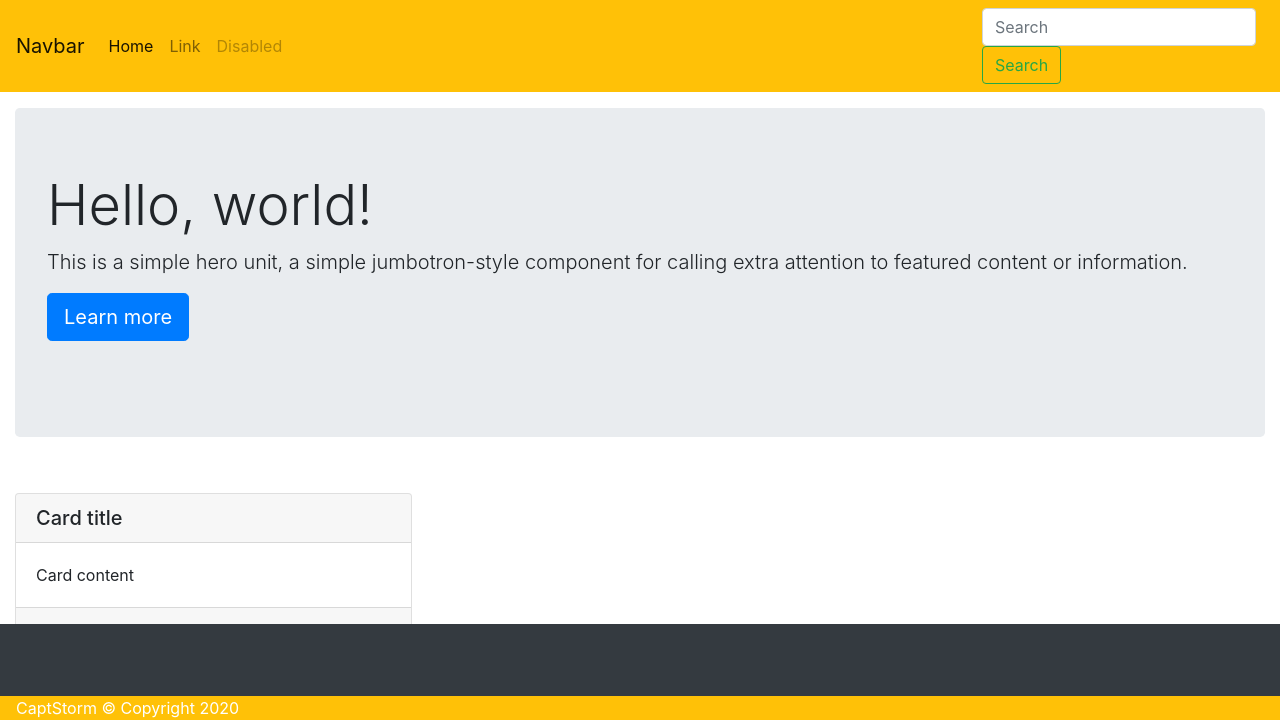
Repository: CaptainStorm21/complete-react16-bootstrap-passing-props
Page: /
The author's editor kept a copy of each file at every save. The page is drawn from the files as they stood at one save, then again after the next save.
The browser window is 1280 px wide. The pictures show the whole page.
The project was rebuilt for these pictures with package versions that can differ from the ones it lists, and the page was loaded fresh each time.

Above is the page before, as saved 2020-04-23 14:43:59.

After the next save:
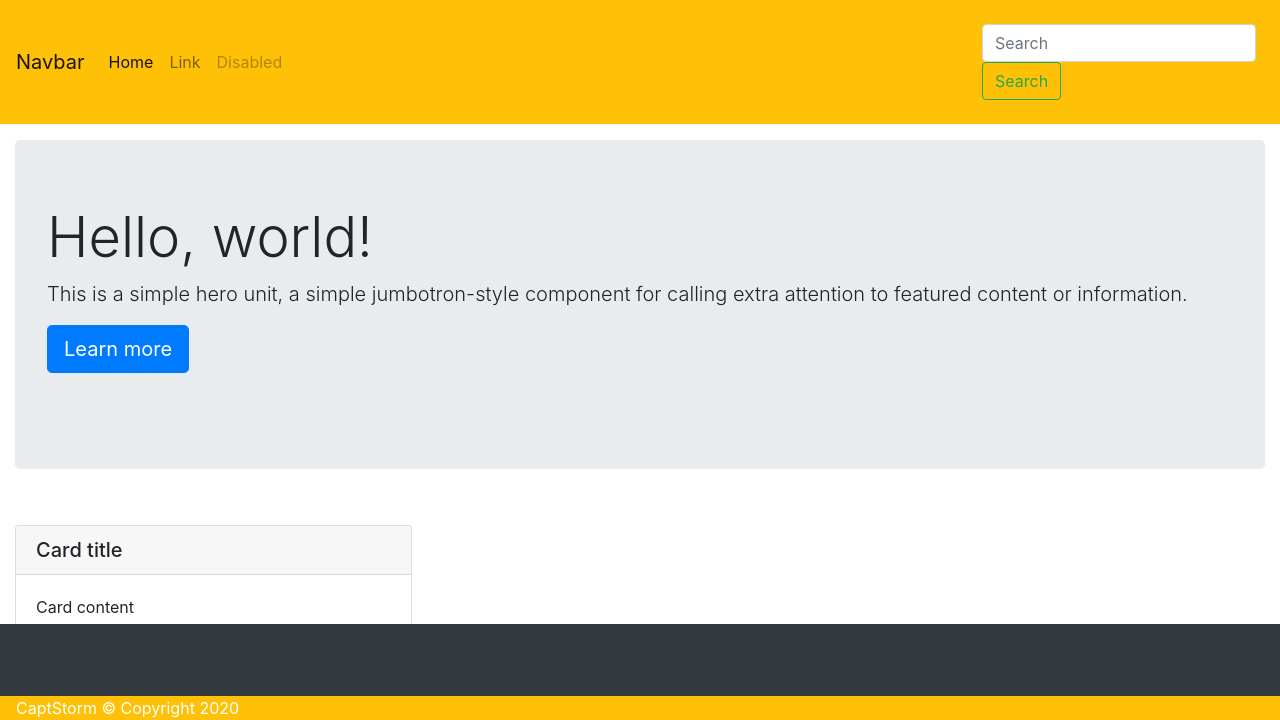
Saved 6 s later.
--- a/src/components/layout/Navbar.js
+++ b/src/components/layout/Navbar.js
@@ -21,7 +21,7 @@
         <a className="nav-link disabled" href="#" tabindex="-1" aria-disabled="true">Disabled</a>
       </li>
     </ul>
-    <form className="form-inline my-2 my-lg-0">
+    <form className="form-inline my-2 my-lg-3">
       <input className="form-control mr-sm-2" type="search" placeholder="Search" />
       <button className="btn btn-outline-success my-2 my-sm-0" type="submit">Search</button>
     </form>

After the save that followed:
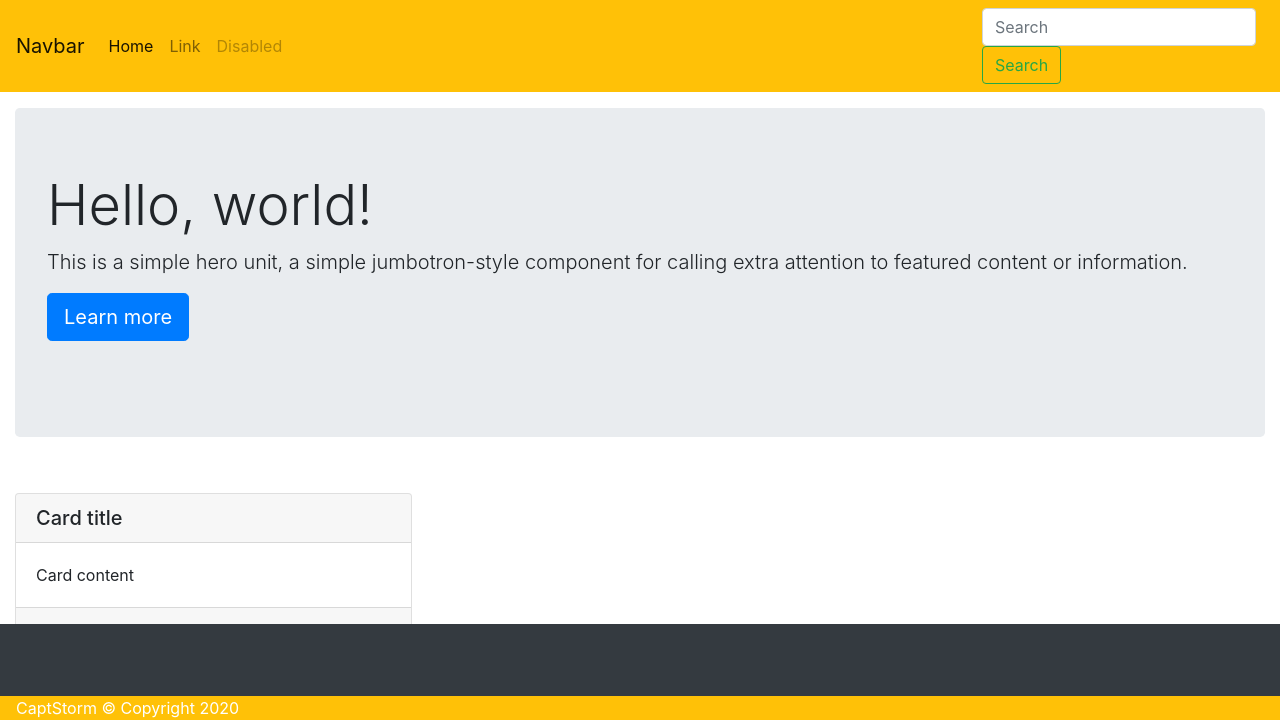
Saved 7 s later.
--- a/src/components/layout/Navbar.js
+++ b/src/components/layout/Navbar.js
@@ -21,7 +21,7 @@
         <a className="nav-link disabled" href="#" tabindex="-1" aria-disabled="true">Disabled</a>
       </li>
     </ul>
-    <form className="form-inline my-2 my-lg-3">
+    <form className="form-inline my-2 my-lg-0">
       <input className="form-control mr-sm-2" type="search" placeholder="Search" />
       <button className="btn btn-outline-success my-2 my-sm-0" type="submit">Search</button>
     </form>
